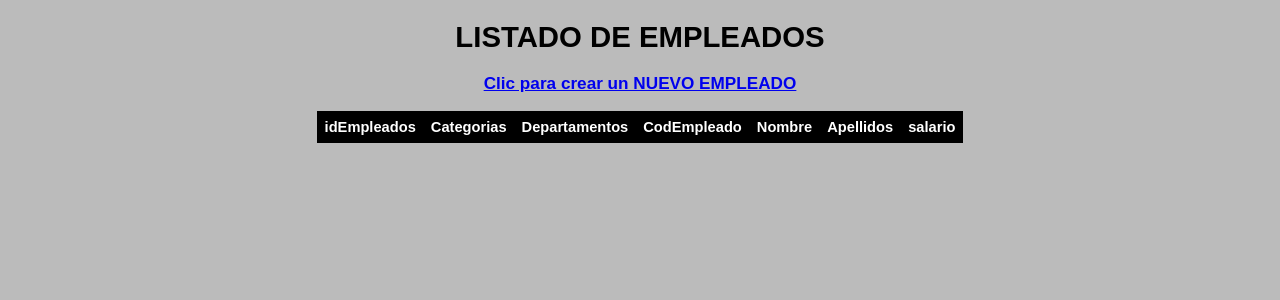
Repository: Sirfernandisco/ProyectoAgenda
Page: http://localhost/PorFinAgenda/WEB-INF/view/form1.jsp
These files come from the project's save history. The page is drawn as it stood at one moment and after the next save; the edit follows.
The browser window is 1280 px wide. The pictures show the whole page.
The page is served by Tomcat 9. Nobody is signed in. Other server files are loaded and not shown. The template is opened directly, without the code that normally fills it, so the values that code supplies are empty.

Above is the page before, as saved 2018-06-05 10:13:12.

### PorFinAgenda/src/main/webapp/WEB-INF/view/form1.jsp
<%@ taglib prefix="c" uri="http://java.sun.com/jsp/jstl/core"%>
<%@ taglib prefix="form" uri="http://www.springframework.org/tags/form"%>
<%@ taglib prefix="spring" uri="http://www.springframework.org/tags"%>
<!DOCTYPE html>
<html>
<head>
<meta charset="UTF-8">
<spring:url value="/resources/css/estilos.css" var="estilos" />
<link href="${estilos}" rel="stylesheet" />
<title>Lista de empleados</title>
</head>
<body>

	<div align="center">
		<h1>LISTADO DE EMPLEADOS</h1>
		<h3>
			<a href="/">Clic para crear un NUEVO EMPLEADO</a>
		</h3>

		<table border="1">
			<tr>
				<th>idEmpleados</th>
				<th>Categorias</th>
				<th>Departamentos</th>
				<th>CodEmpleado</th>
				<th>Nombre</th>
				<th>Apellidos</th>
				<th>salario</th>

			</tr>

			<c:forEach var="Empleados" items="${lista}">
				<tr>
					<td>${Empleados.idempleados}</td>
					<td>${Empleados.categorias.nombre}</td>
					<td>${Empleados.departamentos.nombre}</td>
					<td>${Empleados.codEmpleado}</td>
					<td>${Empleados.personases.nombre}</td>
					<td>${Empleados.personases.apellido1} ${Empleados.personases.apellido2}</td>
					<td>${Empleados.salario}</td>
					<td><a href="edit?id=${Empleados.idempleados}">Modificar</a>
						&nbsp;&nbsp;&nbsp;&nbsp; <a
						href="delete?id=${Empleados.idempleados}">Eliminar</a></td>
				</tr>
			</c:forEach>
		</table>
	</div>
</body>
</html>

### PorFinAgenda/src/main/webapp/resources/css/estilos.css
@charset "utf-8";
/* CSS Document */

body {
    font-family:Arial, Helvetica, sans-serif;
    font-size:11pt;
    background-color:#bbb;
}
#body{
    text-align: center;
}
#body p.centrado {
    padding-left:30px;
}
#body a {
    color:#fff;
}
h2 {
    border: 1px #000 solid;
    border: ridge;
    text-align:center;
}
#contenedor {
    width:675px;
}
.mensajes{
    color:#fff;
    text-align: center;
    font-weight: bolder;
}
table, tr, td, th{
    border: 1px #000 solid;
    border-collapse: collapse;
    padding:7px;
    text-align: center;
}
.centrado{
    text-align: center;
}
th{
    color: #fff;
    background-color:#000;
    text-align:center;
}
th.carrito{
    background-color:royalblue;
}
td.carrito{
    background-color:burlywood;
}
tr{
    text-align: left;
}
td{
    background-color:lightblue;
}
#listado{
    width: 100%;
    text-align: center;
}
.destacado, error{
    color: red;
    font-style: italic;
    text-align: center;
    font-weight: lighter;
}

After the next save:
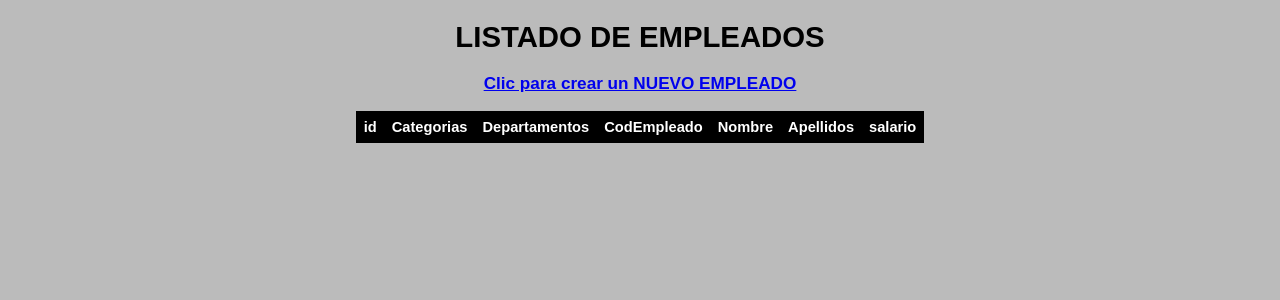
Saved 9 min 50 s later.
--- a/PorFinAgenda/src/main/webapp/WEB-INF/view/form1.jsp
+++ b/PorFinAgenda/src/main/webapp/WEB-INF/view/form1.jsp
@@ -19,7 +19,7 @@
 
 		<table border="1">
 			<tr>
-				<th>idEmpleados</th>
+				<th>id</th>
 				<th>Categorias</th>
 				<th>Departamentos</th>
 				<th>CodEmpleado</th>
